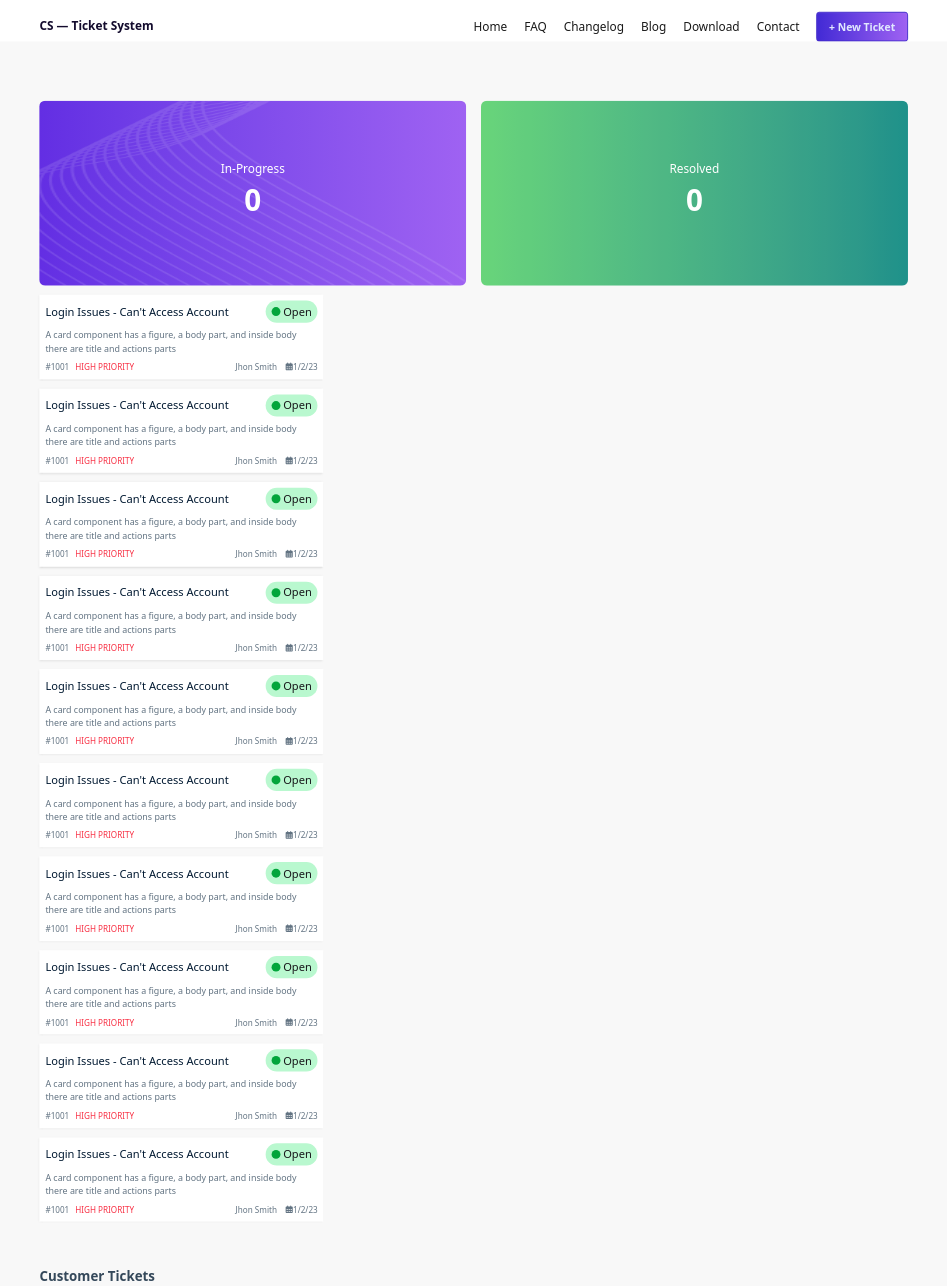
Repository: SanjidaSnigdha/Customer-Support-Zone
Page: /
These files come from the project's save history. The page is drawn as it stood at one moment and after the next save; the edit follows.
The browser window is 1280 px wide. The pictures show the whole page, at 74% of full size.
The project was rebuilt for these pictures with package versions that can differ from the ones it lists, and the page was loaded fresh each time. Also part of the build but not shown: vite.config.js, src/App.css.

Above is the page before, as saved 2026-03-24 04:29:47.

After the next save:
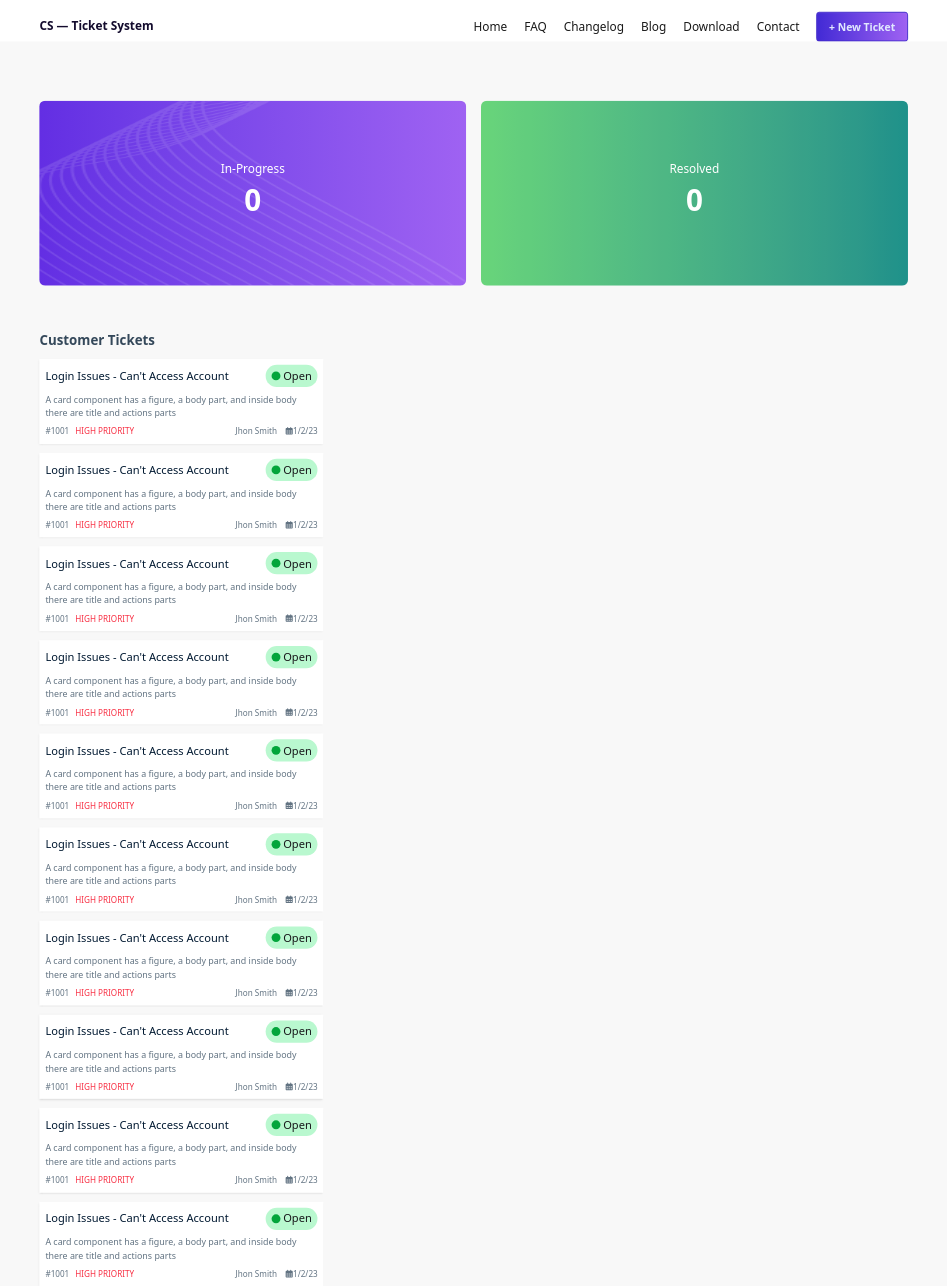
Saved 118 s later.
--- a/src/component/CustomerTickets/CustomerTickets.jsx
+++ b/src/component/CustomerTickets/CustomerTickets.jsx
@@ -6,6 +6,8 @@ const CustomerTickets = ({customerPromise}) => {
     console.log(customerTicket)
     return (
         <div className='w-11/12 mx-auto'>
+         <h1 className='font-semibold text-[#34485A] text-[18px] mt-15'>Customer Tickets</h1>
+
 
     {
         customerTicket.map(customer=>
@@ -35,7 +37,7 @@ const CustomerTickets = ({customerPromise}) => {
         )
     }
 
-        <h1 className='font-semibold text-[#34485A] text-[18px] mt-15'>Customer Tickets</h1>
+        {/* <h1 className='font-semibold text-[#34485A] text-[18px] mt-15'>Customer Tickets</h1> */}
 
 
         </div>
